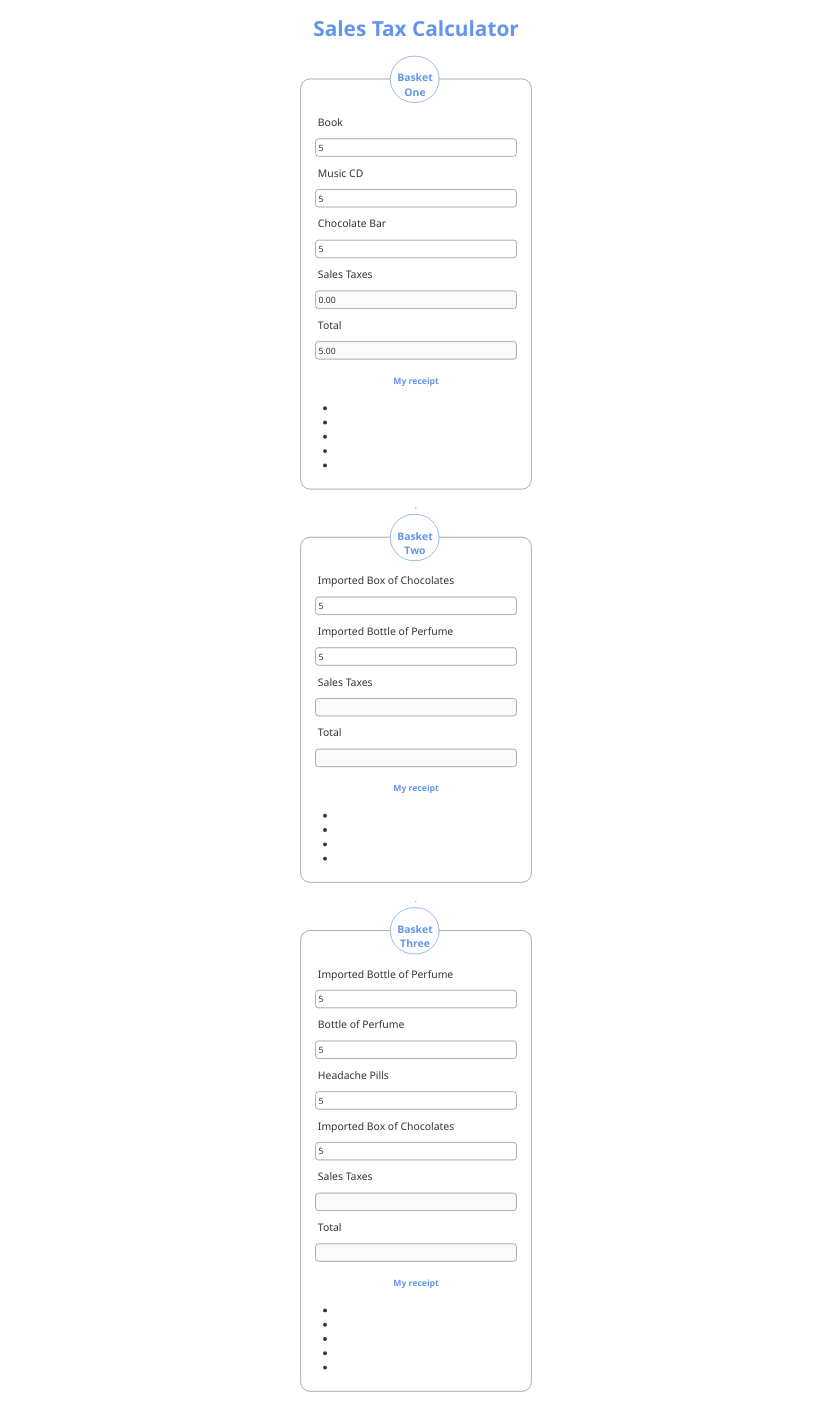
Repository: duzzisantos/sales-tax
Page: index.html
An editor plug-in stored every save of this project. The page is shown before and after the next save, followed by the edit.
The browser window is 1280 px wide. The pictures show the whole page, at 65% of full size.
Empty fields were first filled with sample values (such as "Sample", 5 or name@example.com).
After loading, the first visible `#book` was changed once.

Above is the page before, as saved 2022-05-25 22:05:01.

### index.html
<!DOCTYPE html>
<html lang="en">

<head>
    <meta charset="UTF-8">
    <meta http-equiv="X-UA-Compatible" content="IE=edge">
    <meta name="viewport" content="width=device-width, initial-scale=1.0">
    <link href="style.css" rel="stylesheet">
    <title>Sales Tax Calculator</title>
</head>

<body>
    <h1>Sales Tax Calculator</h1>
    <section id="container">
        <fieldset>
            <legend>
                <h4>Basket One</h4>
            </legend>
            <form class="formOne">
                <label for="book">Book</label>
                <input id="book" type="number" name="book" onchange="basketOne()" />
                <label for="musicCD">Music CD</label>
                <input id="musicCD" type="number" name="musicCD" onchange="basketOne()" />
                <label for="chocolateBar">Chocolate Bar</label>
                <input id="chocolateBar" type="number" name="chocolateBar" onchange="basketOne()" />
                <label for="sales-taxes">Sales Taxes</label>
                <input id="sales-taxes" type="number" name="sales-taxes" onchange="basketOne()" disabled />
                <label for="total">Total</label>
                <input id="total" type="number" name="total" onchange="basketOne()" disabled />
            </form>
            <h5>My receipt</h5>
            <ul id="listOne">
                <li></li>
                <li></li>
                <li></li>
                <li></li>
                <li></li>
            </ul>
        </fieldset>
        <hr>

        <fieldset>
            <legend>
                <h4>Basket Two</h4>
            </legend>
            <form class="formTwo">
                <label for="imported-box-chocolate">Imported Box of Chocolates</label>
                <input id="imported-box-chocolate" type="number" name="imported-box-chocolate" onchange="basketTwo()" />
                <label for="imported-perfume">Imported Bottle of Perfume</label>
                <input id="imported-perfume" type="number" name="imported-perfume" onchange="basketTwo()" />

                <label for="sales-taxes2">Sales Taxes</label>
                <input id="sales-taxes2" type="number" name="sales-taxes2" onchange="basketTwo()" disabled />
                <label for="total">Total</label>
                <input disabled id="total2" type="number" name="total2" onchange="basketTwo()" />
            </form>

            <h5>My receipt</h5>
            <ul id="listTwo">
                <li></li>
                <li></li>
                <li></li>
                <li></li>
            </ul>
        </fieldset>
        <hr>

        <fieldset>
            <legend>
                <h4>Basket Three</h4>
            </legend>
            <form class="formThree">
                <label for="imported-perfume2">Imported Bottle of Perfume</label>
                <input id="imported-perfume2" type="number" name="imported-perfume2" onchange="basketThree()" />
                <label for="bottle-perfume">Bottle of Perfume</label>
                <input id="bottle-perfume" type="number" name="bottle-perfume" onchange="basketThree()" />
                <label for="pills">Headache Pills</label>
                <input id="pills" type="number" name="pills" onchange="basketThree()" />
                <label for="imported-box-chocolate2">Imported Box of Chocolates</label>
                <input id="imported-box-chocolate2" type="number" name="imported-box-chocolate2"
                    onchange="basketThree()" />
                <label for=" sales-taxes3">Sales Taxes</label>
                <input id="sales-taxes3" type="number" name="sales-taxes3" onchange="basketThree()" disabled />
                <label for="total3">Total</label>
                <input disabled id="total3" type="number" name="total3" onchange="basketThree()" />
            </form>

            <h5>My receipt</h5>
            <ul id="listThree">
                <li></li>
                <li></li>
                <li></li>
                <li></li>
                <li></li>
            </ul>
        </fieldset>
    </section>
</body>
<script src="first.js"></script>
<script src="second.js"></script>
<script src="third.js"></script>
<script src="index.js"></script>

</html>

### style.css
*{
    color: rgb(0,0,0,0.8);
    font-family: 'Segoe UI', Tahoma, Geneva, Verdana, sans-serif;
}

#container{
    display: flex;
    flex-direction: column;
    align-items: center;
    justify-content: center;
    bottom: 0;
}

fieldset{
    height: fit-content;
    width: 20%;
    border: 1px solid grey;
    border-radius: 15px;
    margin-bottom: 20px;
}

legend{
    height: 70px;
    width: 70px;
    border: 1px solid cornflowerblue;
    border-radius: 50px;
    margin-left: 38%;
}

legend h4, h5, h1{
    text-align: center;
    color: cornflowerblue;
}
label, input{
    display: block;
    margin: 10px;
    padding: 4px;
}

input{
    width: 300px;
    border-radius: 5px;
    border: 1px solid grey;
}

### first.js
//Variables for tax rate
let taxFree = 0;
let basicTax = 10;
let importDuty = 5;


//imported basic taxable items attract an extra non-negotiable tax rate of 5%, therefore 10% + 5% = 15%
let basicPlusImportDuty = basicTax + importDuty;

//An app that computes the first basket of goods
const basketOne = () => {
  let book = document.getElementById("book").value;
  let musicCD = document.getElementById("musicCD").value;
  let chocolateBar = document.getElementById("chocolateBar").value;

  // The plus sign is used in front of every variable to indicate to JavaScript that they are numerical values
  // Without this, they would become concatenated strings

  //these are the sums of the items and their taxes
  let bookPlusTax = +taxFree * +book + +book;
  let musicCDPlusTax = (basicTax * +musicCD) / 100 + +musicCD;
  let chocolateBarPlusTax = +taxFree * +chocolateBar + +chocolateBar;

  //this computes the total price paid by the customer
  let netPayment = +bookPlusTax + +musicCDPlusTax + +chocolateBarPlusTax;
  document.getElementById("total").value = netPayment.toFixed(2);

  //this computes the total sales tax generated
  let totalTaxes =
    bookPlusTax -
    book +
    (musicCDPlusTax - musicCD) +
    (chocolateBarPlusTax - chocolateBar);

  //Math.ceil and toFixed method helps us round up to the nearest 0.05
  document.getElementById("sales-taxes").value = (
    Math.ceil(totalTaxes * 20) / 20
  ).toFixed(2);
};


//Receipt list
const listOne = document.getElementById("listOne");
const formOne = document.querySelector(".formOne")

### second.js
//Variables for tax rate
let basicTax2 = 10;
let importDuty2 = 5;

//imported basic taxable items attract an extra non-negotiable tax rate of 5%, therefore 10% + 5% = 15%
let basicPlusImportDuty2 = basicTax2 + importDuty2;

//An app that computes the second basket of goods
const basketTwo = () => {
  let importedChocolate = document.getElementById(
    "imported-box-chocolate"
  ).value;
  let importedPerfume2 = document.getElementById("imported-perfume").value;

  // The plus sign is used in front of every variable to indicate to JavaScript that they are numerical values
  // Without this, they would become concatenated strings

  //these are the sums of the imported items and their taxes
  let importedChocolatePlusTax =
    (importDuty2 * +importedChocolate) / 100 + +importedChocolate;
  let importedPerfume2PlusTax =
    (basicPlusImportDuty2 * +importedPerfume2) / 100 + +importedPerfume2;

  //Math.ceil and toFixed method helps us round up to the nearest 0.05
  //this computes the total price paid by the customer
  let netPayment = +importedChocolatePlusTax + +importedPerfume2PlusTax;
  document.getElementById("total2").value = (
    Math.ceil(netPayment * 20) / 20
  ).toFixed(2);

  //this computes the total sales tax generated
  let totalTaxes =
    (importDuty2 * +importedChocolate) / 100 +
    (basicPlusImportDuty2 * +importedPerfume2) / 100;
  document.getElementById("sales-taxes2").value = (
    Math.ceil(totalTaxes * 20) / 20
  ).toFixed(2);
};

### third.js
//Variables for tax rate
let taxFree3 = 0;
let basicTax3 = 10;
let importDuty3 = 5;
let basicPlusImportDuty3 = basicTax3 + importDuty3;


//App that computes the third basket of goods
const basketThree = () => {
    let importedPerfume2 = document.getElementById("imported-perfume2").value;
    let bottlePerfume = document.getElementById("bottle-perfume").value;
    let pills = document.getElementById("pills").value;
    let importedChocolate2 = document.getElementById("imported-box-chocolate2").value;


    //    // The plus sign is used in front of every variable to indicate to JavaScript that they are numerical values
     // Without this, they would become concatenated strings

    //these are the sums of the imported items and their taxes
    let importedPerfume2PlusTax = (basicPlusImportDuty3 * +importedPerfume2) / 100 + +importedPerfume2;
    let bottlePerfumePlusTax =
      (basicTax3 * +bottlePerfume) / 100 + +bottlePerfume;
    let pillsPlusTax = (taxFree3 * +pills) + +pills;
    let importedChocolate2PlusTax =
      (importDuty3 * +importedChocolate2) / 100 + +importedChocolate2;

    //Math.ceil and toFixed method helps us round up to the nearest 0.05
    //This computes the prices plus their taxes
    let netPayment =
      importedPerfume2PlusTax +
      bottlePerfumePlusTax +
      pillsPlusTax +
      importedChocolate2PlusTax;
    document.getElementById("total3").value = (Math.ceil(netPayment * 20) / 20).toFixed(2);

    //this computes the total taxes generated from selling basket three
    let totalTaxes =
      importedPerfume2PlusTax -
      importedPerfume2 +
      (bottlePerfumePlusTax - bottlePerfume) +
      (pillsPlusTax - pills) +
      (importedChocolate2PlusTax - importedChocolate2);

    document.getElementById("sales-taxes3").value = (
        Math.ceil(totalTaxes * 20) / 20
      ).toFixed(2);
  };

### index.js
//This is responsible for the DOM Manipulation
//This helps the user to display a simple receipt

After the next save:
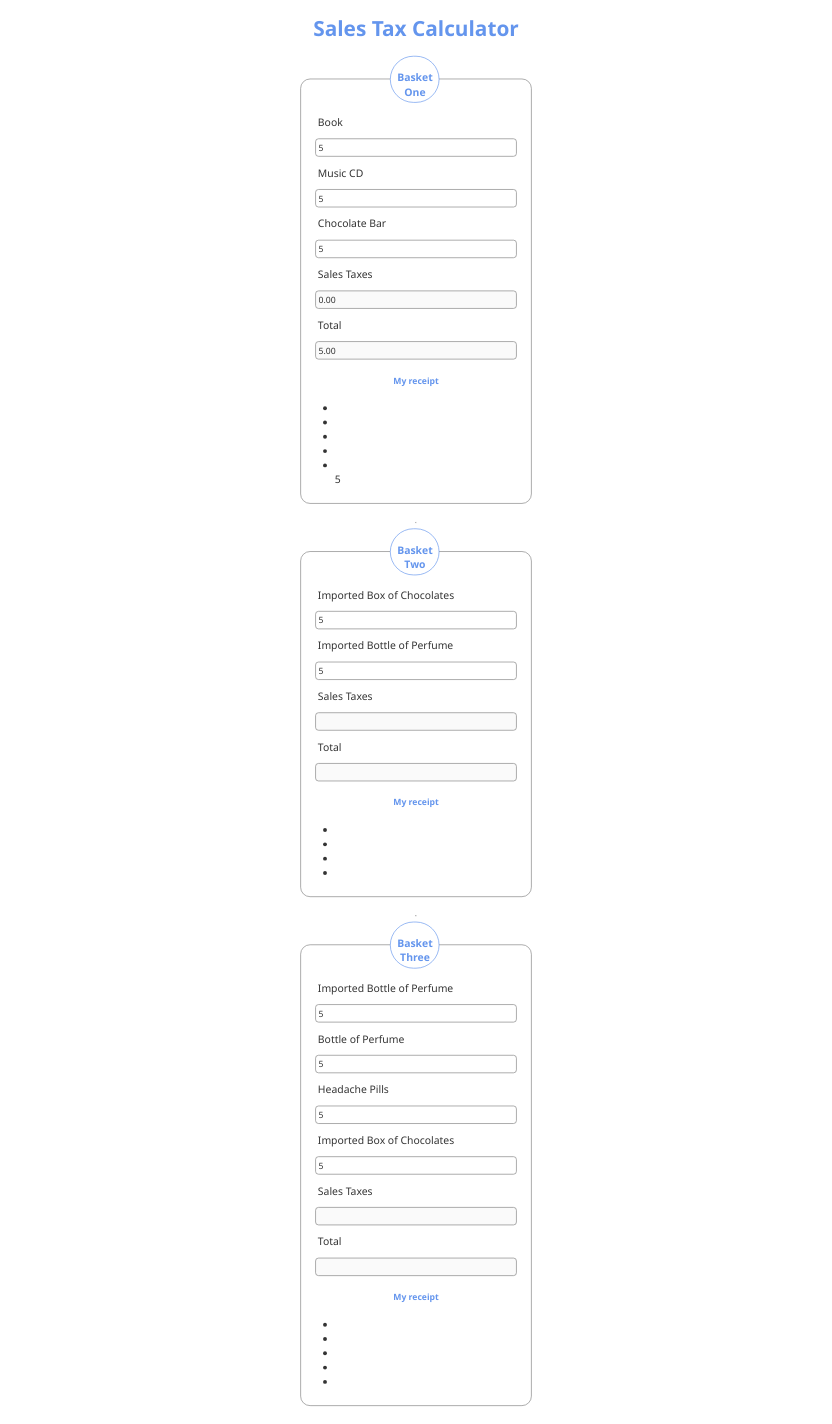
Saved 2 min 8 s later.
--- a/first.js
+++ b/first.js
@@ -36,9 +36,9 @@ const basketOne = () => {
   document.getElementById("sales-taxes").value = (
     Math.ceil(totalTaxes * 20) / 20
   ).toFixed(2);
+
+  //Receipt list
+const listOne = document.getElementById("listOne");
+listOne.append(book)
+
 };
-
-
-//Receipt list
-const listOne = document.getElementById("listOne");
-const formOne = document.querySelector(".formOne")
